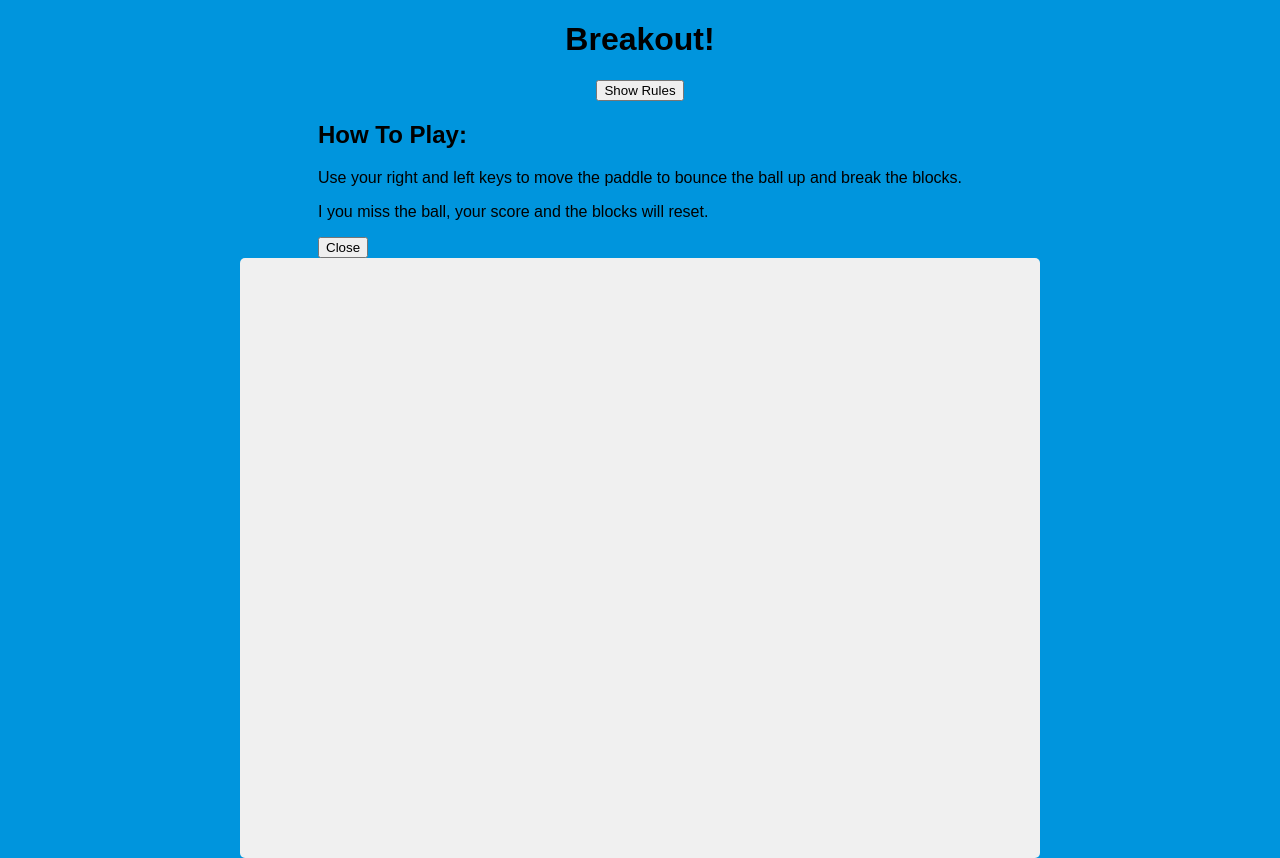
Repository: JackyZzZz/BREAKOUT-GAME
Page: index.html
An editor plug-in stored every save of this project. The page is shown before and after the next save, followed by the edit.
The browser window is 1280 px wide. The pictures show the whole page.

Above is the page before, as saved 2023-09-04 20:37:52.

### index.html
<!DOCTYPE html>
<html lang="en">
<head>
    <meta charset="UTF-8">
    <meta name="viewport" content="width=device-width, initial-scale=1.0">
    <meta http-equiv="" content="X-UA-Compatible" content="ie=edge">
    <link rel="stylesheet" href="style.css">
    <title>Breakout!</title>
</head>
<body>
    <h1>Breakout!</h1>
    <button id="rules-btn" class="btn rules-btn">Show Rules</button>
    <div id="rules" class="rules">
        <h2>How To Play:</h2>
        <p>
            Use your right and left keys to move the paddle to bounce the ball up and break the blocks.
        </p>
        <p>I you miss the ball, your score and the blocks will reset.</p>
        <button id="close-btn" class="close-btn">Close</button>
    </div>

    <canvas id="canvas" width="800" height="600"></canvas>

    <script src="script.js"></script>
</body>
</html>

### style.css
* {
    box-sizing: border-box;
}

body {
    background-color: #0095dd;
    display: flex;
    flex-direction: column;
    align-items: center;
    justify-content: center;
    font-family: Arial, Helvetica, sans-serif;
    min-height: 100vh;
    margin: 0;
}

canvas {
    background-color: #f0f0f0;
    display: block;
    border-radius: 5px;
}

Loaded but not shown: script.js (no copy from this time; the picture is the same without it)

After the next save:
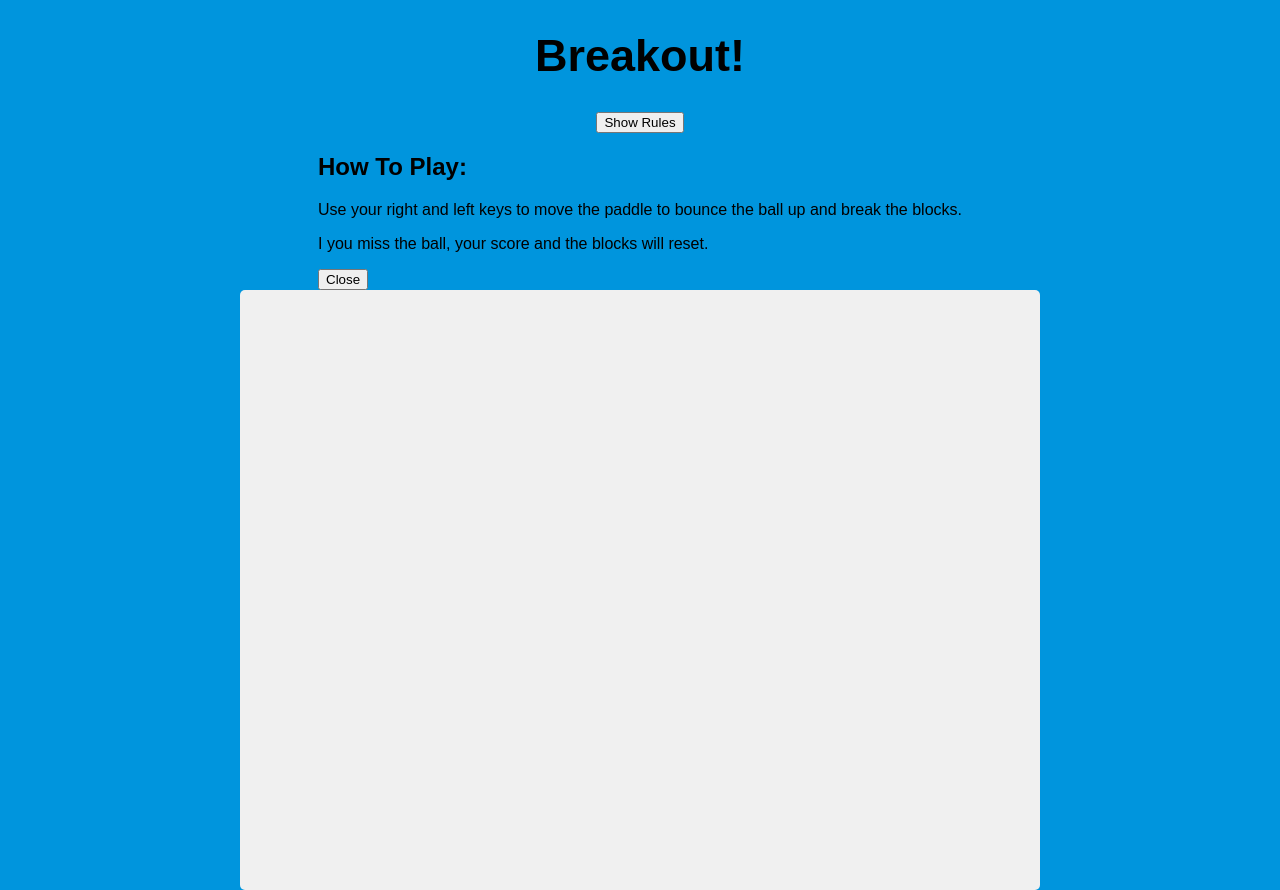
Saved 18 s later.
--- a/style.css
+++ b/style.css
@@ -13,6 +13,10 @@ body {
     margin: 0;
 }
 
+h1 {
+    font-size: 45px;
+}
+
 canvas {
     background-color: #f0f0f0;
     display: block;
